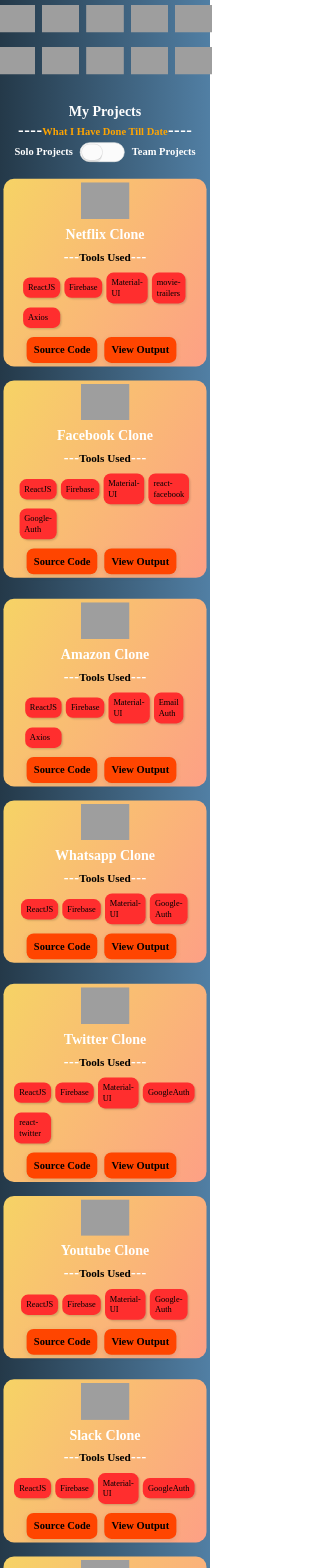
Repository: rgnSayan/my-portfolio-react
Page: /
These files come from the project's save history. The page is drawn as it stood at one moment and after the next save; the edit follows.
The browser window is 375 px wide. The page is 444 px wide, so the pictures cover 444 px, including what lies to the right of the window. The pictures show the part of the page from y = 699 to 2939 px (the page is 4694 px tall before and 4759 px after), at 70% of full size.
Pictures or frames that could not be fetched are drawn as grey boxes. Some web fonts or font styles are not loaded; a fallback is used. The project was rebuilt for these pictures with package versions that can differ from the ones it lists, and the page was loaded fresh each time. Also part of the build but not shown: src/Components/GroupProjects.css, src/Components/GroupProjects.js. Imported but missing from the stored project, and not drawn on this page: src/document/document.pdf.

Above is the page before, as saved 2021-09-17 02:04:55.

### src/App.js
import React from 'react'
import Sidebar from './Components/Sidebar'
import Home from './Components/Home'
import './App.css';

function App() {
  return (
    <div className="app">
      <Sidebar />
      <Home />
    </div>
  );
}

export default App;

### src/Components/Sidebar.js
import React from 'react'
import FacebookIcon from '@material-ui/icons/Facebook';
import TwitterIcon from '@material-ui/icons/Twitter';
import InstagramIcon from '@material-ui/icons/Instagram';
import LinkedInIcon from '@material-ui/icons/LinkedIn';
import GitHubIcon from '@material-ui/icons/GitHub';
import MenuIcon from '@material-ui/icons/Menu';
import './Sidebar.css'

function Sidebar() {
    return (
        <div className="sidebar">
            <div className="menu__icon">
                <MenuIcon />
            </div>
            <div className="sidebar__photo">
                <img src="https://scontent.fdbd2-1.fna.fbcdn.net/v/t1.6435-9/50722839_1972004216426448_5408939378581962752_n.jpg?_nc_cat=109&ccb=1-5&_nc_sid=174925&_nc_ohc=hJIp246pz9oAX-RyI-j&_nc_ht=scontent.fdbd2-1.fna&oh=cc929815b4dcd171b51b8dd32e2a6384&oe=61610B0F" alt="" />
                <h2>Sayan Mondal</h2>
                <div className="social__media">
                    <a href="https://www.facebook.com/sayan28072000" target="_blank" rel="noreferrer"><FacebookIcon style={{ color: "#4267B2" }} /></a>
                    <a href="https://www.instagram.com/sayan_ronnie/" target="_blank" rel="noreferrer"><InstagramIcon
                        style={{ color: "#cd486b" }} /></a>
                    <a href="https://twitter.com/SAYANMO83622224/" target="_blank" rel="noreferrer"><TwitterIcon
                        style={{ color: "#1DA1F2" }} /></a>
                    <a href="https://www.linkedin.com/in/sayan-mondal-9145731ba/" target="_blank" rel="noreferrer">< LinkedInIcon style={{ color: "#0077b5" }} /></a>
                    <a href="https://github.com/rgnSayan" target="_blank" rel="noreferrer"><GitHubIcon
                        style={{ color: "#4078c0" }} /></a>
                </div>
            </div>

            <div className="sidebar__option">
                <a href="#home"><span>🏠 Home</span></a>
                <a href="#skills"><span>💻 My Skills</span></a>
                <a href="#projects"><span> 📁 My Projects</span></a>
                <a href="#certificates"><span> 📜 Certificates</span></a>
                <a href="#experiences"><span>💼 Experience</span></a>
                <a href="#contact"><span>📞 Contact Me</span></a>
            </div>
        </div>
    )
}

export default Sidebar

### src/Components/Home.js
import React from 'react'
import HomePage from './HomePage'
import './Home.css'
import Projects from './Projects'
import Skills from './Skills'
import Certificates from './Certificates'
import Experience from './Experience'
import Contact from './Contact'

function Home() {
    return (
        <div className="home">
            <HomePage />
            <Skills />
            <Projects />
            <Certificates />
            <Experience />
            <Contact />
        </div>
    )
}

export default Home

### src/App.css
* {
  margin: 0;
}
.app {
  display: flex;
}

::-webkit-scrollbar {
  width: 15px;
}

::-webkit-scrollbar-track {
  box-shadow: inset 0 0 5px #000;
  border-radius: 10px;
  background-color: black;
}

::-webkit-scrollbar-thumb {
  background: orange;
  border-radius: 10px;
}

### src/Components/Sidebar.css
@import url("https://fonts.googleapis.com/css2?family=Redressed&display=swap");
.sidebar {
  display: flex;
  flex-direction: column;
  flex: 0.2;
  background-color: #272829;
  height: 100vh;
  box-shadow: rgba(0, 0, 0, 0.15) 1.95px 1.95px 2.6px;
  position: sticky;
  z-index: 1;
  top: 0;
  left: 0;
}

.sidebar__photo > img {
  height: 120px;
  width: 120px;
  border-radius: 50%;
  border: 7px solid yellow;
}

.sidebar__photo {
  display: flex;
  align-items: center;
  justify-content: center;
  flex-direction: column;
  margin-top: 10px;
}

.sidebar__photo > h2 {
  font-family: Redressed;
  font-size: 30px;
  padding-top: 10px;
  color: #fff;
}

.sidebar__option {
  display: flex;
  flex-direction: column;
  margin-top: 10px;
  margin-left: 20px;
  line-height: 2.1;
}
.sidebar__option a {
  text-decoration: none;
}

.sidebar__option a > span {
  font-size: 25px;
  font-family: "Redressed", cursive;
  text-align: start;
  font-weight: 500;
  color: #fff;
  /* text-decoration: none; */
}

.sidebar__option a > span:hover {
  cursor: pointer;
  font-weight: 700;
  transition: all 0.5s ease-in-out;
  color: orange;
}

.social__media a > .MuiSvgIcon-root {
  color: black;
  background-color: orange;
  border-radius: 50%;
  padding: 7px;
  margin-right: 5px;
  margin-top: 5px;
  cursor: pointer;
  animation: spin 10s linear infinite;
  animation-play-state: paused;
}
.social__media a > .MuiSvgIcon-root:hover {
  animation-play-state: running;
}
@keyframes spin {
  100% {
    transform: rotate(1turn);
  }
}
.menu__icon > .MuiSvgIcon-root {
  display: none;
}

@media screen and (max-width: 450px) {
  .menu__icon > .MuiSvgIcon-root {
    display: flex;
    color: orange;
    font-size: 2em;
    margin: 0.5em;
  }
  .sidebar {
    display: none;
  }
}

### src/Components/HomePage.js
import React from 'react'
import PersonIcon from '@material-ui/icons/Person';
import './HomePage.css'

function HomePage() {
    return (
        <div className="homePage" id="home">
            <div className="homePage__details">
                <h3>Hi THERE ! </h3>
                <h1> I'M <span>Sayan Mondal</span></h1>
                <p>I'm a Front End Engineer from Durgapur, West Bengal☀️.<br /> I describe myself as a passionate developer who loves coding, open source, and the web platform 💻.I am Currently Pursuing BTech From KIIT University.Bhubaneswar 🎓.</p>
            </div>
            <div className="about__me">
                <label>About Me</label>
                <PersonIcon />
            </div>
        </div>
    )
}

export default HomePage

### src/Components/Home.css
.home {
  display: flex;
  flex: 0.8;
  flex-direction: column;
  background-image: linear-gradient(to right, #243949 0%, #517fa4 100%);
  width: 80vw;
  height: 100%;
  padding-bottom: 30px;
}

@media screen and (min-width: 450px) {
  .home {
    width: 100vw;
  }
}

### src/Components/Projects.js
import React, { useState } from 'react'
import SoloProjects from './SoloProjects'
import GroupProjects from './GroupProjects'
import './Projects.css'

function Projects() {
    const [soloProjectSelected, setSoloProjectSelected] = useState(true);
    return (
        <div className="project__container" id="projects">
            <div className="projects">
                <h1>My Projects</h1>
                <h3>----<span>What I Have Done Till Date</span>----</h3>
            </div>
            <div className="project__cards">
                <div className="projects__toggleSwitch">
                    <h4>Solo Projects</h4>
                    <input
                        class="tgl tgl-ios"
                        id="cb2"
                        type="checkbox"
                        onChange={(e) => setSoloProjectSelected(!soloProjectSelected)}
                    />
                    <label class="tgl-btn" for="cb2"></label>
                    <h4>Team Projects</h4>
                </div>
                <div className="projects__content">
                    {soloProjectSelected ? <SoloProjects /> : <GroupProjects />}
                </div>
            </div>
        </div>
    )
}

export default Projects

### src/Components/Skills.js
import React from 'react'
import './Skills.css'

function Skills() {
    return (
        <div className="skills" id="skills">
            <div className="skills__header">
                <h1>My Skills</h1>
                <h3>---<span>Things I Know</span>---</h3>
            </div>
            <div className="skills__content">
                <img src="https://cdn.pixabay.com/photo/2017/08/05/11/16/logo-2582748_640.png" alt="" />
                <img src="https://cdn.freelogovectors.net/wp-content/uploads/2020/04/css-3-logo.png" alt="" />
                <img src="https://i0.wp.com/asthaandsidharth.com/wp-content/uploads/2016/03/js-logo.png?fit=500%2C500&ssl=1" alt="" />
                <img src="https://upload.wikimedia.org/wikipedia/commons/thumb/a/a7/React-icon.svg/1280px-React-icon.svg.png" alt="" />

            </div>
            <div className="skills__content">
                <img src="https://upload.wikimedia.org/wikipedia/commons/thumb/1/18/C_Programming_Language.svg/1200px-C_Programming_Language.svg.png" alt="" />
                <img src="https://upload.wikimedia.org/wikipedia/commons/thumb/1/18/ISO_C%2B%2B_Logo.svg/1200px-ISO_C%2B%2B_Logo.svg.png" alt="" />
                <img src="https://upload.wikimedia.org/wikipedia/commons/thumb/c/c3/Python-logo-notext.svg/1200px-Python-logo-notext.svg.png" alt="" />
                <img src="https://i.pinimg.com/originals/41/95/cf/4195cf989fac0128a89669f40a1e3496.png" alt="" />
                <img src="https://material-ui.com/static/logo.png" alt="" />
            </div>
            <div className="skills__content">
                <img src="https://www.freepnglogos.com/uploads/logo-mysql-png/logo-mysql-mysql-logo-png-images-are-download-crazypng-21.png" alt="" />
                <img src="https://github.githubassets.com/images/modules/logos_page/GitHub-Mark.png" alt="" />
                <img src="https://cdn.dribbble.com/users/528264/screenshots/3140440/firebase_logo.png" alt="" />
                <img src="https://about.gitlab.com/images/press/logo/png/gitlab-logo-gray-stacked-rgb.png" alt="" />
                <img src="https://www.kindpng.com/picc/m/188-1882559_python-flask-hd-png-download.png" alt="" />
            </div>
        </div>
    )
}

export default Skills

### src/Components/Certificates.js
import React from 'react'
import './Certificates.css'
import javascript from '../images/javaScript.png'
import juspay from '../images/Juspay.png'
import ps from '../images/ProblemSolving.png'
import react from '../images/React.png'
import sql from '../images/SQL.png'
import pv from '../images/PV.jpg'

function Certificates() {
    return (
        <div className="certificates" id="certificates" >
            <div className="certificates__header">
                <h1>My Certificates</h1>
                <h4>---<span>Achievements</span>---</h4>
            </div>
            <div className="certificates__container">
                <img src={pv} alt="###" />
                <img src={juspay} alt="###" />
            </div>
            <div className="certificates__container">
                <img src={ps} alt="###" />
                <img src={react} alt="###" />
            </div>
            <div className="certificates__container container3">
                <img src={sql} alt="###" />
                <img src={javascript} alt="###" />
            </div>
        </div>
    )
}

export default Certificates

### src/Components/Contact.js
import React from 'react'
import PhoneIcon from '@material-ui/icons/Phone';
import MailIcon from '@material-ui/icons/Mail';
import RoomIcon from '@material-ui/icons/Room';
import './Contact.css'

function Contact() {
    return (
        <div className="contact" id="contact">

            <div className="contact__header">
                <h1>Contact</h1>
                <h4>---<span>How To Reach Me</span>---</h4>
            </div>

            <div className="contact__container">
                <div className="contact__phone">
                    <PhoneIcon style={{ color: "4285F4" }} />
                    <h3>+91 8967697371</h3>
                </div>
                <div className="contact__location">
                    <a href="https://www.google.com/maps/@23.5673375,87.2730191,16z" target="_blank" rel="noreferrer">
                        <RoomIcon style={{ color: 'FF0000' }} />
                    </a>
                    <h3>Durgapur, West Bengal</h3>
                </div>
                <div className="contact__mail">
                    <a href="mailto:1805603@kiit.ac.in" target="_blank" rel="noreferrer">
                        <MailIcon style={{ color: "EA4335" }} />
                    </a>
                    <h3>1805603@kiit.ac.in</h3>
                </div>
            </div>

        </div >
    )
}

export default Contact

### src/Components/HomePage.css
.homePage__details > h3 {
  color: #fff;
  font-family: Redressed;
  font-size: 35px;
  margin-top: 100px;
  margin-left: 23%;
}

.homePage__details > h1 {
  color: #fff;
  font-family: Redressed;
  font-size: 80px;
  padding-top: 15px;
  text-align: center;
}
.homePage__details > h1 > span {
  color: orange;
}
.homePage__details > p {
  color: white;
  font-family: Redressed;
  text-align: start;
  font-size: 25px;
  margin: 2% 24%;
}
.about__me {
  display: flex;
  align-items: center;
  justify-content: center;
  background-color: orange;
  padding: 10px;
  width: 110px;
  margin-left: 24%;
  border-radius: 15px;
  margin-bottom: 13%;
}

.about__me > label {
  color: white;
  font-size: 20px;
  font-family: Redressed;
  padding-right: 10px;
  text-transform: capitalize;
  color: black;
}

.about__me > .MuiSvgIcon-root {
  color: black;
}

@media screen and (max-width: 450px) {
  .homePage__details > h3 {
    font-size: 30px;
    margin-left: 2%;
  }
  .homePage__details > h1 {
    font-size: 40px;
    padding-bottom: 10%;
  }
  .homePage__details > p {
    text-align: center;
    font-size: 20px;
    margin: 0% 2%;
    line-height: 1.8;
    padding-bottom: 10%;
  }
  .homePage__details {
    margin-top: -30%;
  }
  .about__me {
    margin-bottom: 15%;
    margin-left: 28%;
  }
}

### src/Components/Projects.css
.projects > h1 {
  color: #fff;
  font-size: 30px;
  font-family: Redressed;
  text-align: center;
  margin-top: 10px;
}
.projects > h3 {
  color: #fff;
  text-align: center;
  padding-top: 5px;
}
.projects > h3 > span {
  color: orange;
  font-family: Redressed;
  font-size: 30px;
}
.tgl {
  display: none;
}

.tgl,
.tgl:after,
.tgl:before,
.tgl *,
.tgl *:after,
.tgl *:before,
.tgl + .tgl-btn {
  box-sizing: border-box;
}

.tgl::-moz-selection,
.tgl:after::-moz-selection,
.tgl:before::-moz-selection,
.tgl *::-moz-selection,
.tgl *:after::-moz-selection,
.tgl *:before::-moz-selection,
.tgl + .tgl-btn::-moz-selection {
  background: none;
}

.tgl::selection,
.tgl:after::selection,
.tgl:before::selection,
.tgl *::selection,
.tgl *:after::selection,
.tgl *:before::selection,
.tgl + .tgl-btn::selection {
  background: none;
}

.tgl + .tgl-btn {
  outline: 0;
  display: block;
  width: 4em;
  height: 1.75em;
  position: relative;
  cursor: pointer;
  -webkit-user-select: none;
  -moz-user-select: none;
  -ms-user-select: none;
  user-select: none;
}

.tgl + .tgl-btn:after,
.tgl + .tgl-btn:before {
  position: relative;
  display: block;
  content: "";
  width: 50%;
  height: 100%;
}

.tgl + .tgl-btn:after {
  left: 0;
}

.tgl + .tgl-btn:before {
  display: none;
}

.tgl:checked + .tgl-btn:after {
  left: 50%;
}

.tgl-ios + .tgl-btn {
  background: #fbfbfb;
  border-radius: 2em;
  padding: 2px;
  transition: all 0.4s ease;
  border: 1px solid #e8eae9;
}

.tgl-ios + .tgl-btn:after {
  border-radius: 2em;
  background: #fbfbfb;
  transition: left 0.3s cubic-bezier(0.175, 0.885, 0.32, 1.275),
    padding 0.3s ease, margin 0.3s ease;
  box-shadow: 0 0 0 1px rgba(0, 0, 0, 0.1), 0 4px 0 rgba(0, 0, 0, 0.08);
}

.tgl-ios + .tgl-btn:hover:after {
  will-change: padding;
}

.tgl-ios + .tgl-btn:active {
  box-shadow: inset 0 0 0 2em #e8eae9;
}

.tgl-ios + .tgl-btn:active:after {
  padding-right: 0.8em;
}

.tgl-ios:checked + .tgl-btn {
  background: orange;
}

.tgl-ios:checked + .tgl-btn:active {
  box-shadow: none;
}

.tgl-ios:checked + .tgl-btn:active:after {
  margin-left: -0.8em;
}
.projects__toggleSwitch > h4 {
  color: #fff;
  font-size: 20px;
  text-align: center;
  font-family: Redressed;
  padding: 10px;
}
.projects__toggleSwitch {
  display: flex;
  align-items: center;
  justify-content: center;
}

@media screen and (max-width: 450px) {
  .projects > h1 {
    font-size: 20px;
  }
  .projects > h3 > span {
    font-size: 15px;
  }
  .projects__toggleSwitch > h4 {
    font-size: 15px;
  }
}

### src/Components/Skills.css
.skills {
  padding-bottom: 7%;
}

.skills__header > h1 {
  color: #fff;
  font-family: Redressed;
  text-align: center;
}
.skills__header > h3 {
  color: #fff;
  font-family: Redressed;
  text-align: center;
}
.skills__header > h3 > span {
  color: orange;
}
.skills__content > img {
  height: 105px;
  width: auto;
  padding: 20px;
  cursor: pointer;
  transition: transform 0.2s;
}

.skills__content {
  display: flex;
  align-items: center;
  justify-content: space-evenly;
}
.skills__content > img:hover {
  transform: scale(1.5);
}

@media screen and (max-width: 450px) {
  .skills__content > img {
    height: 40px;
    padding: 10px 5px;
  }
  .skills__content {
    justify-content: center;
  }
}

### src/Components/Certificates.css
.certificates__header > h1 {
  color: #fff;
  font-size: 40px;
  font-weight: bold;
  font-family: Redressed;
  text-align: center;
}
.certificates__header {
  line-height: 1.5;
}
.certificates__header > h4 {
  color: #fff;
  font-family: Redressed;
  font-size: 20px;
  text-align: center;
}
.certificates__header > h4 > span {
  color: orange;
}
.certificates__container > img {
  height: 40%;
  width: 45%;
  margin: 10px;
}
.certificates__container {
  margin: 10px;
  display: flex;
  align-items: center;
  justify-content: center;
}
.certificates__container > img:hover {
  transform: translateY(-10px);
  box-shadow: rgba(0, 0, 0, 0.35) 0px 5px 15px;
}

### src/Components/Experience.css
.experience {
  padding-top: 10px;
}

.experience__header > h1 {
  color: #fff;
  text-align: center;
  font-family: Redressed;
  font-size: 40px;
  font-weight: bold;
}
.experience__header > h4 {
  color: #fff;
  text-align: center;
  font-family: Redressed;
  font-size: 20px;
}
.experience__header > h4 > span {
  color: orange;
}

.container__id > p {
  color: #fff;
  font-size: 40px;
  border-radius: 50%;
  padding: 10px 25px;
  background-color: #6c757d;
  font-family: Redressed;
}

.container__id {
  display: flex;
  align-items: center;
  justify-content: center;
}

.experience__content {
  display: flex;
  margin-top: 2%;
}

.experience__container {
  margin: 15px;
  width: 45%;
  padding: 15px;
  background-image: linear-gradient(120deg, #f6d365 0%, #fda085 100%);
  border-radius: 20px;
}

.container__header > h2 {
  text-align: center;
  font-family: Redressed;
  font-size: 30px;
}
.container__header > h4 {
  text-align: center;
  font-family: Redressed;
  font-size: 15px;
}

.container__header > h3 {
  text-align: center;
  font-family: Redressed;
  font-size: 25px;
  font-weight: bold;
}
.container__header {
  line-height: 1.5;
  margin-bottom: 15px;
}
.container__body {
  text-align: justify;
  font-family: Redressed;
  margin-bottom: 15px;
}

.container__skills {
  display: flex;
  align-items: center;
  justify-content: center;
}
.container__skills > p {
  color: #fff;
  font-family: Redressed;
  background-color: orangered;
  margin: 5px;
  padding: 10px;
  border-radius: 10px;
  cursor: pointer;
}

.container__button a > button {
  padding: 15px 25px;
  border-radius: 10px;
  background-color: red;
  border: none;
  color: #fff;
  font-family: Redressed;
  cursor: pointer;
}

.container__button {
  display: flex;
  align-items: center;
  justify-content: center;
  margin-top: 30px;
}

### src/Components/Contact.css
.contact__header > h1 {
  font-size: 40px;
  text-align: center;
  color: #fff;
  font-weight: bold;
  font-family: Redressed;
  padding-top: 5%;
}

.contact__header > h4 {
  font-size: 20px;
  text-align: center;
  color: #fff;
  font-family: Redressed;
}
.contact__header > h4 > span {
  color: orange;
}

.contact__header {
  margin-bottom: 2%;
}

.contact__container {
  display: flex;
  align-items: center;
  justify-content: space-evenly;
}
.contact__phone {
  display: flex;
  align-items: center;
  justify-content: center;
  flex-direction: column;
  cursor: pointer;
}

.contact__phone > .MuiSvgIcon-root {
  color: #fff;
  padding: 10px;
  background-color: #fbbc05;
  border-radius: 50%;
  margin: 10px;
}
.contact__phone > .MuiSvgIcon-root:hover {
  transform: translateY(-10px);
}

.contact__phone > h3 {
  color: #fff;
  font-family: Redressed;
}
.contact__mail {
  display: flex;
  align-items: center;
  justify-content: center;
  flex-direction: column;
  cursor: pointer;
}
.contact__mail a > .MuiSvgIcon-root {
  color: #fff;
  padding: 10px;
  background-color: #fbbc05;
  border-radius: 50%;
  margin: 10px;
  text-decoration: none;
}

.contact__mail a > .MuiSvgIcon-root:hover {
  transform: translateY(-10px);
}

.contact__mail > h3 {
  color: #fff;
  font-family: Redressed;
}
.contact__location {
  display: flex;
  align-items: center;
  justify-content: center;
  flex-direction: column;
  cursor: pointer;
}
.contact__location a > .MuiSvgIcon-root {
  color: #fff;
  padding: 10px;
  background-color: #fbbc05;
  border-radius: 50%;
  margin: 10px;
}
.contact__location a > .MuiSvgIcon-root:hover {
  transform: translateY(-10px);
}

.contact__location > h3 {
  color: #fff;
  font-family: Redressed;
}

### src/Components/SoloProjects.css
.soloProjects {
  display: flex;
  margin-top: 10px;
}

.soloProjects__card > img {
  height: 25%;
  width: 25%;
}
.soloProjects__card > img:hover {
  transform: scale(1.5);
}

.soloProjects__card > img.grow {
  transition: all 0.2s ease-in-out;
}

.soloProjects__card {
  display: flex;
  align-items: center;
  justify-content: center;
  flex-direction: column;
  margin: 5px 15px;
  background-image: linear-gradient(120deg, #f6d365 0%, #fda085 100%);
  padding: 10px;
  border-radius: 15px;
  height: 100%;
}

.soloProjects__card > h1 {
  color: #fff;
  font-size: 30px;
  font-weight: bold;
  font-family: Redressed;
  padding: 10px;
  text-align: center;
}
.soloProjects__card > ul {
  list-style: none;
  display: flex;
  align-items: center;
  justify-content: center;
  margin-top: 10px;
}
.soloProjects__card > ul > li {
  padding: 7px;
  font-size: 20px;
  font-family: Redressed;
  background-color: #ff2e2e;
  margin: 5px;
  border-radius: 10px;
  box-shadow: rgba(0, 0, 0, 0.15) 1.95px 1.95px 2.6px;
}
.soloProjects__card > ul > li:hover {
  transform: translateY(-15px);
}

.soloProjects__card > h4 {
  color: #fff;
  text-align: center;
}
.soloProjects__card > h4 > span {
  color: black;
  font-family: Redressed;
}
.soloProjects__button a > button {
  text-decoration: none;
  background-color: orangered;
  border: none;
  padding: 15px;
  border-radius: 10px;
  margin-right: 10px;
  margin-top: 10px;
  font-family: Redressed;
  font-weight: bold;
  font-size: 20px;
  box-shadow: rgba(99, 99, 99, 0.2) 0px 2px 8px 0px;
}

@media screen and (max-width: 450px) {
  .soloProjects {
    flex-direction: column;
  }
  .soloProjects__card > h1 {
    font-size: 20px;
  }
  .soloProjects__card > ul > li {
    font-size: 12px;
    margin: 3px;
  }
  .soloProjects__card > ul {
    display: grid;
    margin-right: 15%;
    grid-template-columns: auto auto auto auto;
  }
  .soloProjects__button a > button {
    font-size: 15px;
    padding: 10px;
  }
  .soloProjects__card {
    margin: 10px 5px;
    padding: 5px;
  }
}

Loaded but not shown: public/index.html (common file); src/index.js (common file); src/index.css (common file); src/reportWebVitals.js (common file); src/Components/SoloProjects.js (184 lines, source omitted); src/Components/Experience.js (71 lines, source omitted)

After the next save:
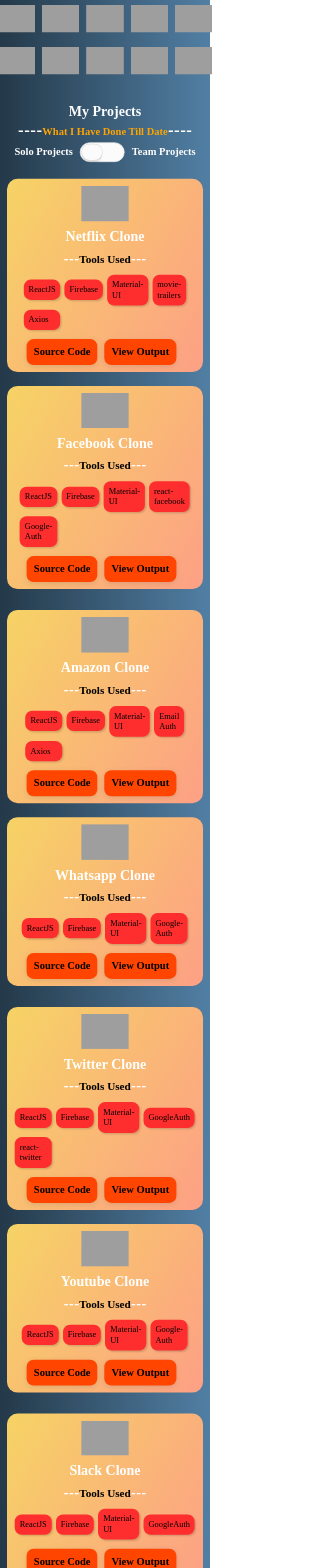
Saved 15 s later.
--- a/src/Components/SoloProjects.css
+++ b/src/Components/SoloProjects.css
@@ -98,7 +98,7 @@
     padding: 10px;
   }
   .soloProjects__card {
-    margin: 10px 5px;
-    padding: 5px;
+    margin: 10px;
+    padding: 10px 5px;
   }
 }

After the save that followed:
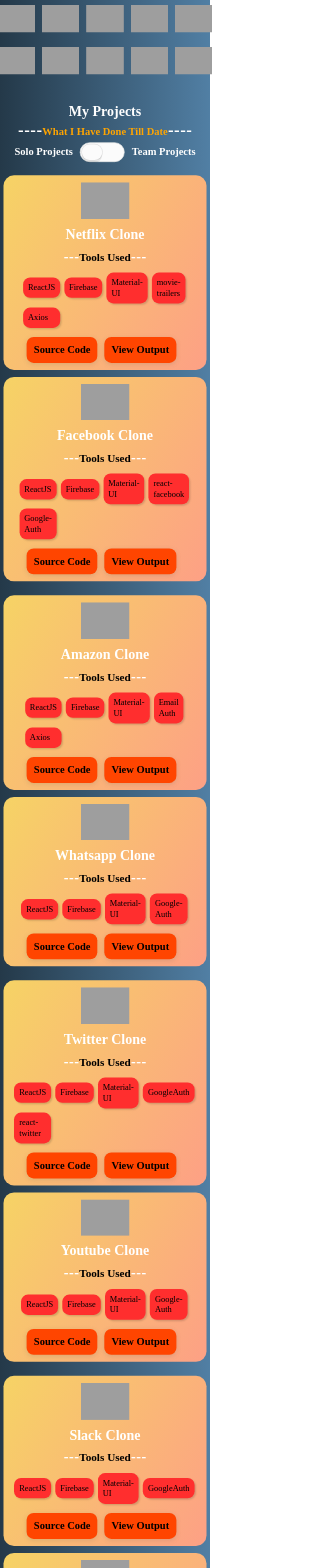
Saved 13 s later.
--- a/src/Components/SoloProjects.css
+++ b/src/Components/SoloProjects.css
@@ -98,7 +98,7 @@
     padding: 10px;
   }
   .soloProjects__card {
-    margin: 10px;
+    margin: 5px;
     padding: 10px 5px;
   }
 }
